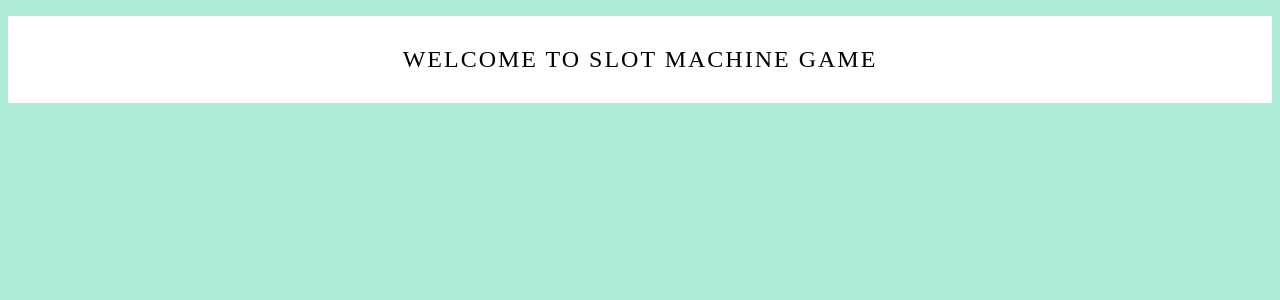
Repository: duggallakshya/slotMachineReact
Page: /
An editor plug-in stored every save of this project. The page is shown before and after a run of saves, followed by the edit.
The browser window is 1280 px wide. The pictures show the whole page.
The project was rebuilt for these pictures with package versions that can differ from the ones it lists, and the page was loaded fresh each time.

Above is the page before, as saved 2022-03-22 21:23:31.

After the next 2 saves:
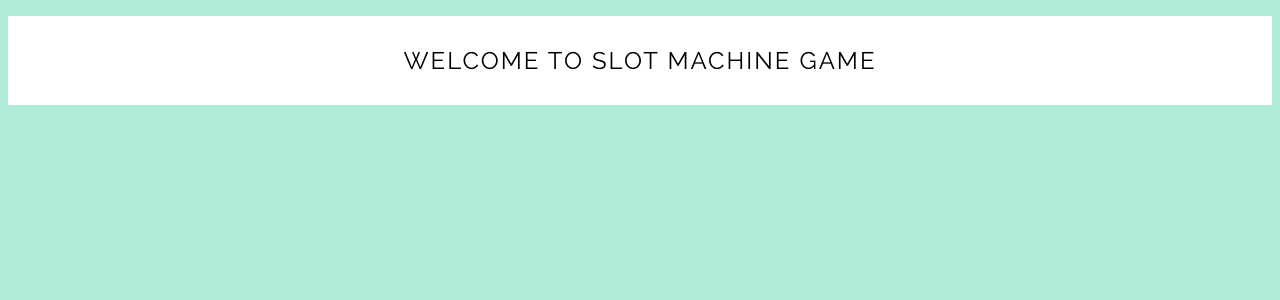
The 2 saves are shown as one change because they came seconds apart.
The last was saved 6 s later.
--- a/src/index.css
+++ b/src/index.css
@@ -6,7 +6,7 @@ body{
 .heading-style{
   padding: 30px 0;
   text-align: center;
-  font-family: font-family: 'Raleway', sans-serif;;
+  font-family:'Raleway', sans-serif;;
   text-transform: uppercase;
   font-size: 13px;
   letter-spacing: 2px;
